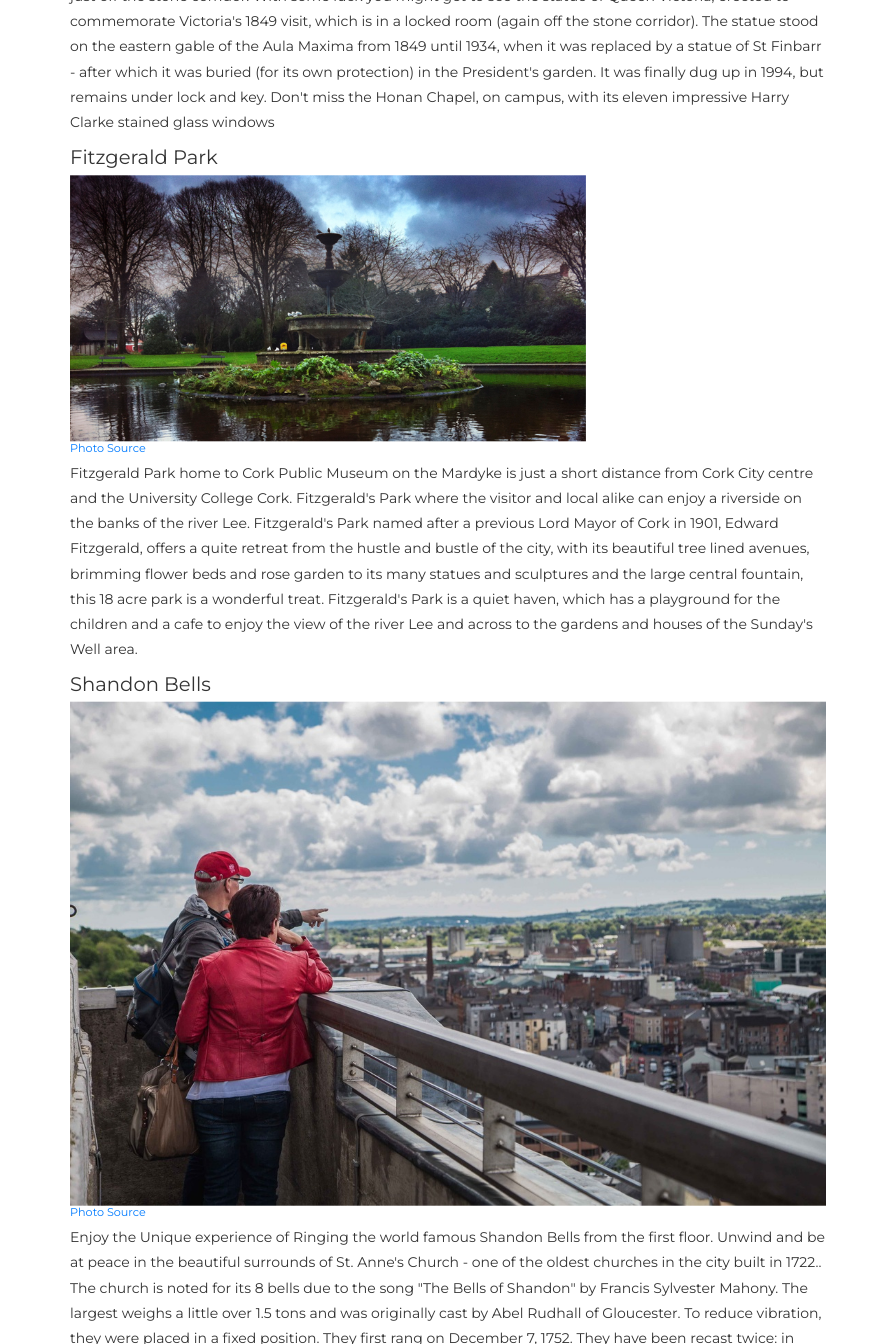
Repository: Maja-Jer/Welcome-to-Cork
Page: see.html
The author's editor kept a record of every edit. The page is drawn from the files as they stood at one moment, then again after the next edit.
The browser window is 1280 px wide. The pictures show the part of the page from y = 1019 to 2939 px (the page is 4238 px tall before and 4258 px after), at 70% of full size.
Some web libraries are served in a nearby version.

Above is the page before.
Console error: TypeError: Cannot read properties of undefined (reading 'fn')

After the next edit:
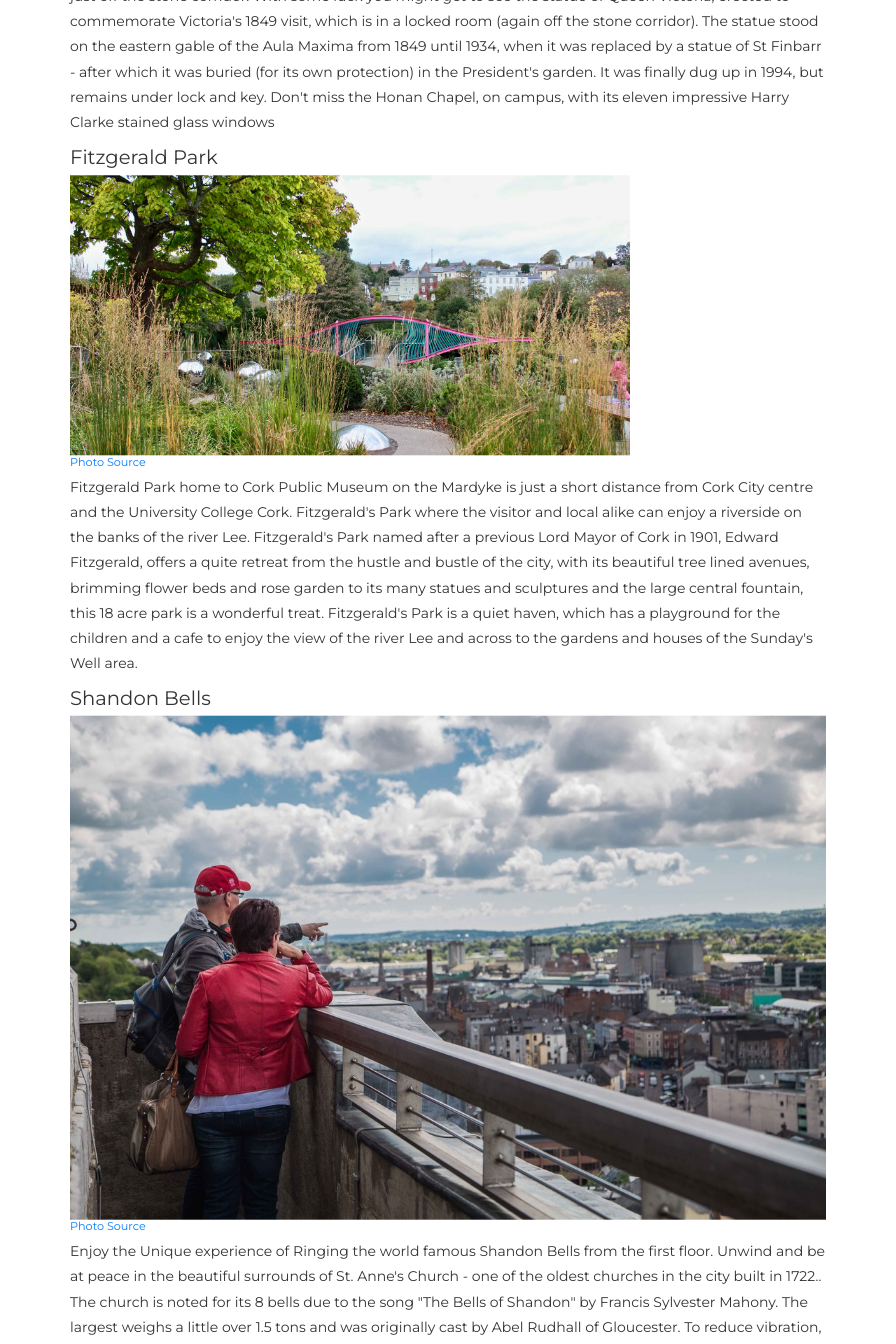
The edit:
--- a/see.html
+++ b/see.html
@@ -81,7 +81,7 @@
             </div>
 
 
-            <img class= "img-fluid" src="./assets/photos/fitzgerald-park.jpg" alt="Fitzgerald Park ">
+            <img class= "img-fluid" src="./assets/photos/fitzgerald_park1.jpg" alt="Fitzgerald Park ">
             <br>
             <h6><a href= "http://www.corkenglishcollege.ie/media/4ae2bbd4-2834-4204-b7ae-c0ea07ad30a5/Events/Fitzgerald-Park_jpg ">Photo Source</a></h6>
             </div>
